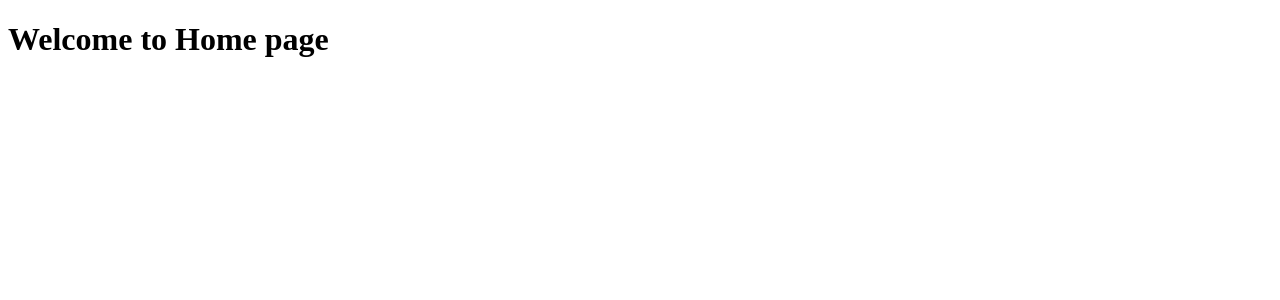
Repository: kiruriluap/COMP229-M2022-Labs
Page: http://localhost/
An editor plug-in stored every save of this project. The page is shown before and after a run of saves, followed by the edit.
The browser window is 1280 px wide. The pictures show the whole page.
The page is served by the project's Node server (server.js). Other server files are loaded and not shown.

Above is the page before, as saved 2022-05-28 17:00:48.

### week3-6 Partials - Copy - Copy/views/index.ejs
<!DOCTYPE html>
<html lang="en">
<head>
  <meta charset="UTF-8">
  <meta http-equiv="X-UA-Compatible" content="IE=edge">
  <meta name="viewport" content="width=device-width, initial-scale=1.0">
  <title><%= title %></title>
<!-- CSS Section -->
<link rel="stylesheet" href="">
  <link rel='stylesheet' href='/content/app.css' />
</head>
<body>
  <h1>Welcome to <%= title %> page</h1>

<!-- Script Section -->
    <script src="/Scripts/app.js"></script>

</body>
</html>

### week3-6 Partials - Copy - Copy/server.js
#!/usr/bin/env node

/**
 * Module dependencies.
 */

var app = require('./app');
var debug = require('debug')('week3-2:server');
var http = require('http');

/**
 * Get port from environment and store in Express.
 */

var port = normalizePort(process.env.PORT || '3000');
app.set('port', port);

/**
 * Create HTTP server.
 */

var server = http.createServer(app);

/**
 * Listen on provided port, on all network interfaces.
 */

server.listen(port);
server.on('error', onError);
server.on('listening', onListening);

/**
 * Normalize a port into a number, string, or false.
 */

function normalizePort(val) {
  var port = parseInt(val, 10);

  if (isNaN(port)) {
    // named pipe
    return val;
  }

  if (port >= 0) {
    // port number
    return port;
  }

  return false;
}

/**
 * Event listener for HTTP server "error" event.
 */

function onError(error) {
  if (error.syscall !== 'listen') {
    throw error;
  }

  var bind = typeof port === 'string'
    ? 'Pipe ' + port
    : 'Port ' + port;

  // handle specific listen errors with friendly messages
  switch (error.code) {
    case 'EACCES':
      console.error(bind + ' requires elevated privileges');
      process.exit(1);
      break;
    case 'EADDRINUSE':
      console.error(bind + ' is already in use');
      process.exit(1);
      break;
    default:
      throw error;
  }
}

/**
 * Event listener for HTTP server "listening" event.
 */

function onListening() {
  var addr = server.address();
  var bind = typeof addr === 'string'
    ? 'pipe ' + addr
    : 'port ' + addr.port;
  debug('Listening on ' + bind);
}

### week3-6 Partials - Copy - Copy/routes/index.js
var express = require('express');
var router = express.Router();

/* GET Home page. */
router.get('/', function(req, res, next) {
  res.render('index', { title: 'Home' });
});

/* GET Home page. */
router.get('/home', function(req, res, next) {
  res.render('index', { title: 'Home' });
});

/* GET About Me page. */
router.get('/about', function(req, res, next) {
  res.render('index', { title: 'About' });
});

/* GET Projects page. */
router.get('/projects', function(req, res, next) {
  res.render('index', { title: 'Projects' });
});

/* GET Services page. */
router.get('/services', function(req, res, next) {
  res.render('index', { title: 'Services' });
});

/* GET Contact page. */
router.get('/Contact', function(req, res, next) {
  res.render('index', { title: 'Contact' });
});

module.exports = router;

### week3-6 Partials - Copy - Copy/app.js
//installed 3rd party packages
let createError = require('http-errors');
let express = require('express');
let path = require('path');
let cookieParser = require('cookie-parser');
let logger = require('morgan');

let indexRouter = require('./routes/index');
let usersRouter = require('./routes/users');

let app = express();

// view engine setup
app.set('views', path.join(__dirname, 'views'));
app.set('view engine', 'ejs');//express -e

app.use(logger('dev'));
app.use(express.json());
app.use(express.urlencoded({ extended: false }));
app.use(cookieParser());
app.use(express.static(path.join(__dirname, 'public')));
app.use(express.static(path.join(__dirname, 'node_modules')));

app.use('/', indexRouter);
app.use('/users', usersRouter);

// catch 404 and forward to error handler
app.use(function(req, res, next) {
  next(createError(404));
});

// error handler
app.use(function(err, req, res, next) {
  // set locals, only providing error in development
  res.locals.message = err.message;
  res.locals.error = req.app.get('env') === 'development' ? err : {};

  // render the error page
  res.status(err.status || 500);
  res.render('error');
});

module.exports = app;

### week3-6 Partials - Copy - Copy/public/Scripts/app.js
//IIFE --Immedistely involved function expression
(function(){

function start()
{
console.log("App started........");
}

window.addEventListener("load", start);

})();

### week3-6 Partials - Copy - Copy/public/Content/app.css
/* custom css goes here */

After the next 3 saves:
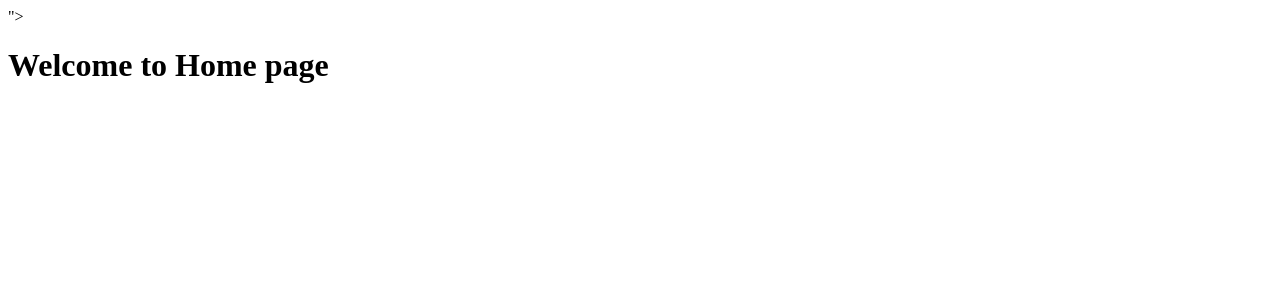
Not found: week3-6 Partials - Copy - Copy/<i class=
The 3 saves are shown as one change because they came seconds apart.
The last was saved 7 s later.
--- a/week3-6 Partials - Copy - Copy/views/index.ejs
+++ b/week3-6 Partials - Copy - Copy/views/index.ejs
@@ -6,7 +6,7 @@
   <meta name="viewport" content="width=device-width, initial-scale=1.0">
   <title><%= title %></title>
 <!-- CSS Section -->
-<link rel="stylesheet" href="">
+<link rel="stylesheet" href="/<i class="fab fa-bootstrap"></i>">
   <link rel='stylesheet' href='/content/app.css' />
 </head>
 <body>
